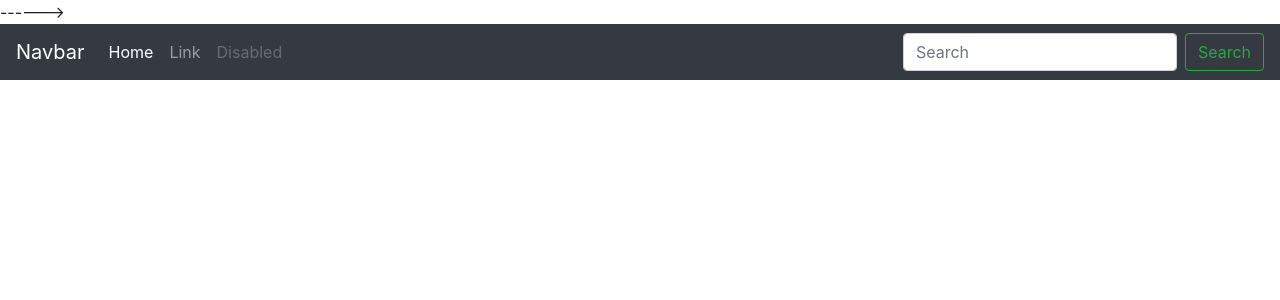
Repository: ClaraBausson/milestone_project_1
Page: index.html
The author's editor kept a record of every edit. The page is drawn from the files as they stood at one moment, then again after the next edit.
The browser window is 1280 px wide. The pictures show the whole page.
Some web libraries are served in a nearby version.

Above is the page before.

### index.html
<!DOCTYPE html>
<html lang="en">

<head>
    <meta charset="UTF-8">
    <meta name="viewport" content="width=device-width, initial-scale=1.0">
    <meta http-equiv="X-UA-Compatible" content="ie=edge">

    <title>Document</title>

    <!-------------------------- CSS links ------------------------------------>
    <script src="https://code.jquery.com/jquery-3.3.1.slim.min.js" integrity="sha384-q8i/X+965DzO0rT7abK41JStQIAqVgRVzpbzo5smXKp4YfRvH+8abtTE1Pi6jizo" crossorigin="anonymous"></script>
    <script src="https://cdnjs.cloudflare.com/ajax/libs/popper.js/1.14.7/umd/popper.min.js" integrity="sha384-UO2eT0CpHqdSJQ6hJty5KVphtPhzWj9WO1clHTMGa3JDZwrnQq4sF86dIHNDz0W1" crossorigin="anonymous"></script>
    <link rel="stylesheet" href="https://stackpath.bootstrapcdn.com/bootstrap/4.3.1/css/bootstrap.min.css" integrity="sha384-ggOyR0iXCbMQv3Xipma34MD+dH/1fQ784/j6cY/iJTQUOhcWr7x9JvoRxT2MZw1T" crossorigin="anonymous">
    <script src="https://stackpath.bootstrapcdn.com/bootstrap/4.3.1/js/bootstrap.min.js" integrity="sha384-JjSmVgyd0p3pXB1rRibZUAYoIIy6OrQ6VrjIEaFf/nJGzIxFDsf4x0xIM+B07jRM" crossorigin="anonymous"></script>

    <link rel="stylesheet" href="https://stackpath.bootstrapcdn.com/font-awesome/4.7.0/css/font-awesome.min.css" type="text/css" />
    <link rel="stylesheet" href="https://cdnjs.cloudflare.com/ajax/libs/hover.css/2.1.1/css/hover-min.css" type="text/css" />
    <link rel="stylesheet" href="css/main.css" type="text/css" />
------>
</head>

<body>
    <!------------------------ NAVBAR/HEADER ---------------------------------->
    <header class="header">

        <nav class="navbar navbar-expand-lg navbar-dark bg-dark">
            <button class="navbar-toggler" type="button" data-toggle="collapse" data-target="#navbarTogglerDemo03" aria-controls="navbarTogglerDemo03" aria-expanded="false" aria-label="Toggle navigation">
    <span class="navbar-toggler-icon"></span>
  </button>
            <a class="navbar-brand" href="#">Navbar</a>

            <div class="collapse navbar-collapse" id="navbarTogglerDemo03">
                <ul class="navbar-nav mr-auto mt-2 mt-lg-0">
                    <li class="nav-item active">
                        <a class="nav-link" href="#">Home <span class="sr-only">(current)</span></a>
                    </li>
                    <li class="nav-item">
                        <a class="nav-link" href="#">Link</a>
                    </li>
                    <li class="nav-item">
                        <a class="nav-link disabled" href="#" tabindex="-1" aria-disabled="true">Disabled</a>
                    </li>
                </ul>
                <form class="form-inline my-2 my-lg-0">
                    <input class="form-control mr-sm-2" type="search" placeholder="Search" aria-label="Search">
                    <button class="btn btn-outline-success my-2 my-sm-0" type="submit">Search</button>
                </form>
            </div>
        </nav>

    </header>

    <!----------------------- CONTENT SECTION --------------------------------->
    <section>

    </section>

    <!--------------------------- FOOTER -------------------------------------->
    <footer>

    </footer>
</body>

</html>

### css/main.css
@import url('https://fonts.googleapis.com/css?family=Oswald:300,400,500,600,700|Poppins:300,400,500,600,700,800,900&display=swap&subset=latin-ext');



/*---------------------Special paddings/margins/text--------------------------*/

.no-padding {
    padding: 0;
}

.uppercase-text {
    text-transform: uppercase;
}

.header-text {

}

.subheader-text {

}

/*----------------------------------Colors------------------------------------*/


/*---------------------------------Headers------------------------------------*/


/*-------------------------------Hover effects--------------------------------*/


/*----------------------------------Footer------------------------------------*/

After the next edit:
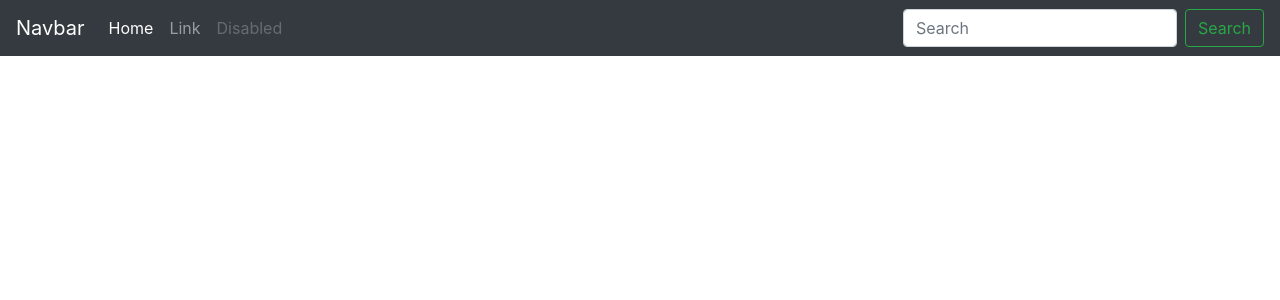
The edit:
--- a/index.html
+++ b/index.html
@@ -17,7 +17,6 @@
     <link rel="stylesheet" href="https://stackpath.bootstrapcdn.com/font-awesome/4.7.0/css/font-awesome.min.css" type="text/css" />
     <link rel="stylesheet" href="https://cdnjs.cloudflare.com/ajax/libs/hover.css/2.1.1/css/hover-min.css" type="text/css" />
     <link rel="stylesheet" href="css/main.css" type="text/css" />
------->
 </head>
 
 <body>
